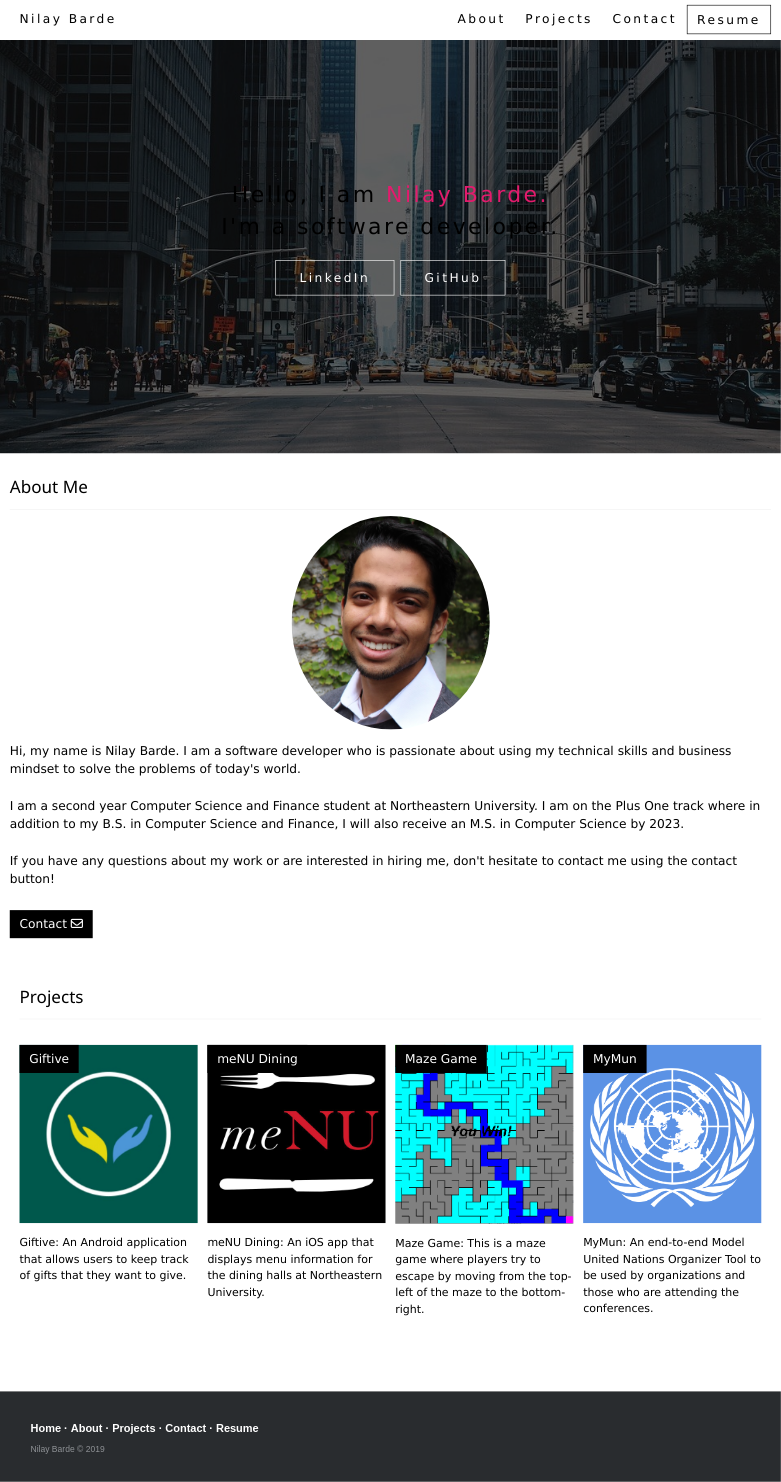
Repository: NilayBarde/Personal-Website
Page: index2.html
These files come from the project's save history. The page is drawn as it stood at one moment and after the next save; the edit follows.
The browser window is 1280 px wide. The pictures show the whole page, at 61% of full size.
Some web libraries are served in a nearby version.

Above is the page before, as saved 2019-10-11 16:16:01.
Console error: ReferenceError: $ is not defined

After the next save:
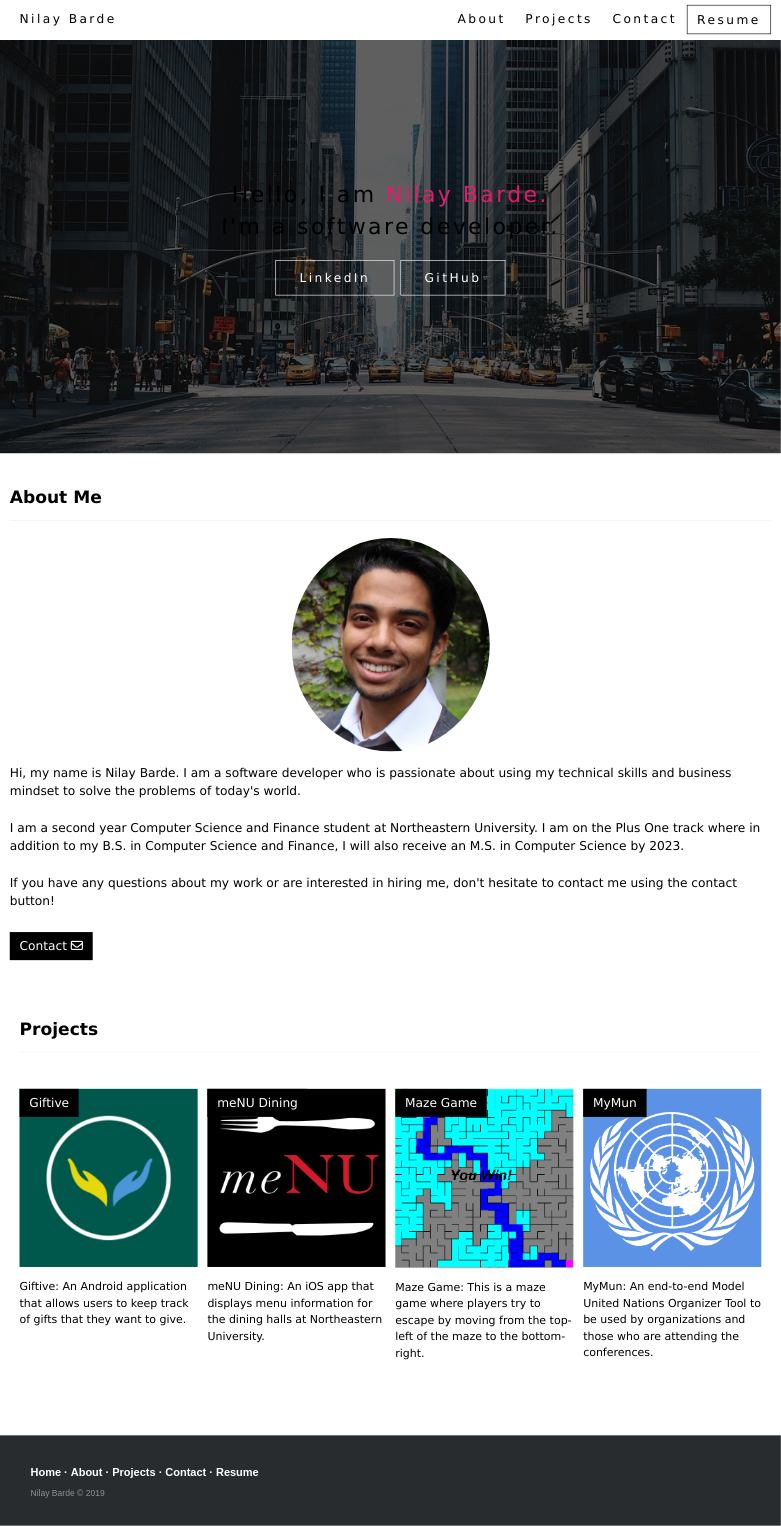
Saved 4 s later.
--- a/assets/css/style2.css
+++ b/assets/css/style2.css
@@ -110,8 +110,7 @@
 h2,
 h3,
 h4,
-h5,
-h6 {
+{
     font-family: "Segoe UI", Arial, sans-serif;
     font-weight: 400;
     margin: 10px 0

After the save that followed:
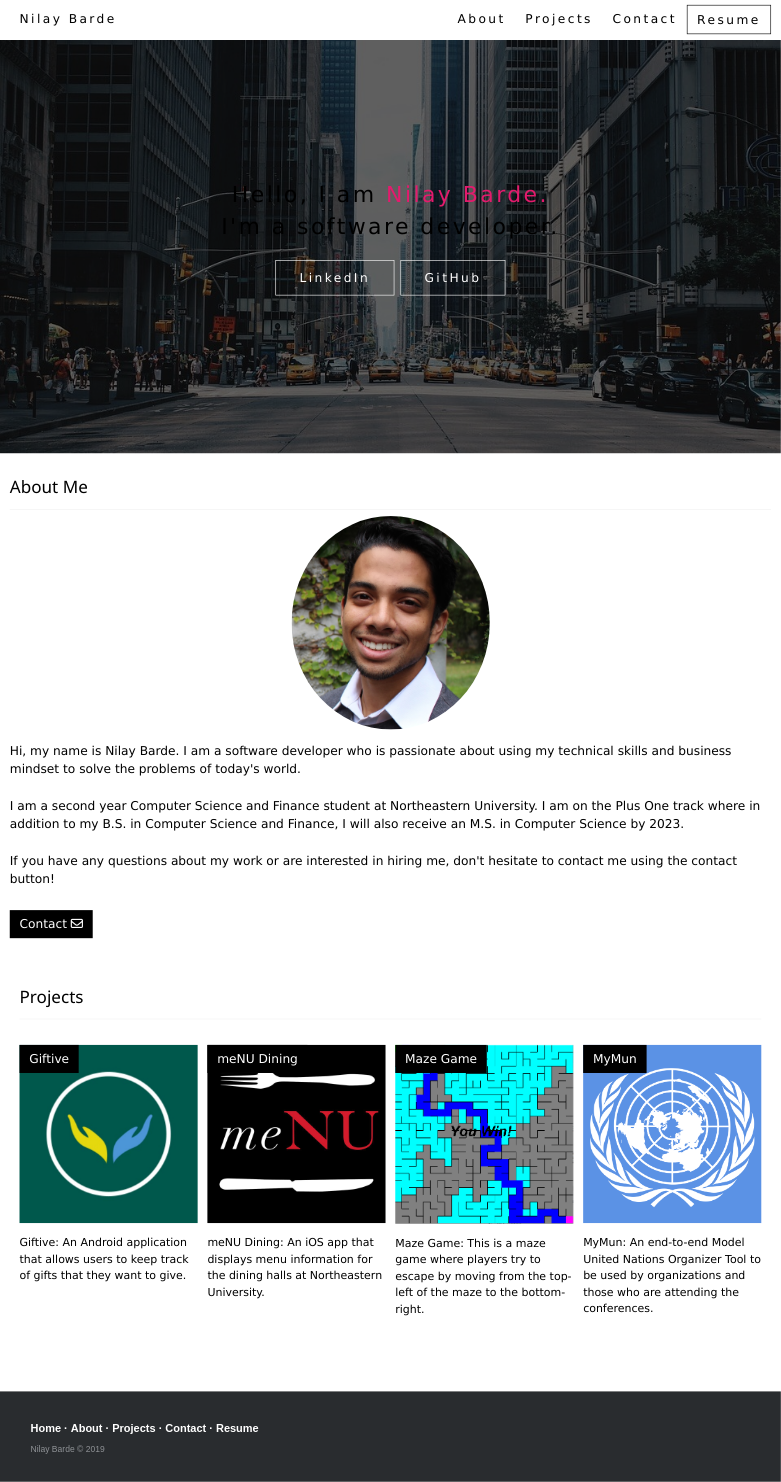
Saved 6 s later.
--- a/assets/css/style2.css
+++ b/assets/css/style2.css
@@ -109,8 +109,7 @@
 h1,
 h2,
 h3,
-h4,
-{
+h4 {
     font-family: "Segoe UI", Arial, sans-serif;
     font-weight: 400;
     margin: 10px 0
